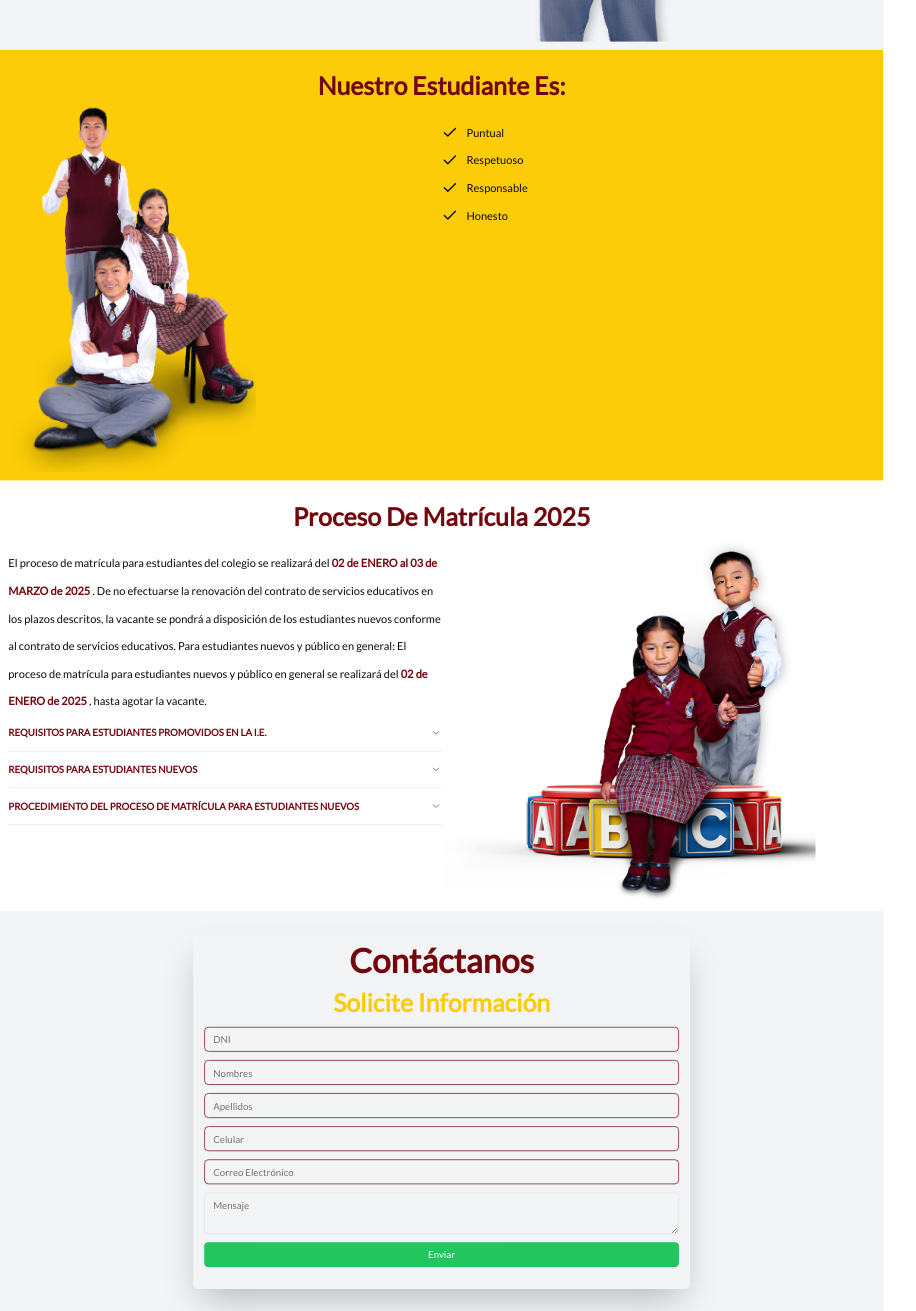
Repository: jefrydep/new_horizont_school
Page: /
These files come from the project's save history. The page is drawn as it stood at one moment and after the next save; the edit follows.
The browser window is 1280 px wide. The page is 1328 px wide, so the pictures cover 1328 px, including what lies to the right of the window. The pictures show the part of the page from y = 1964 to 3864 px (the page is 4794 px tall), at 69% of full size.
Pictures or frames that could not be fetched are drawn as grey boxes. The project was rebuilt for these pictures with package versions that can differ from the ones it lists, and the page was loaded fresh each time. The framework's server and built-in components were replaced by stand-ins that run in the browser. Also part of the build but not shown: next.config.ts.

Above is the page before, as saved 2024-11-28 20:54:11.

### src/app/layout.tsx
import type { Metadata } from "next";
import "./globals.css";
import Navbar from "@/components/Navbar";
import Footer from "@/components/Footer";


import { Lato } from 'next/font/google'

const lato = Lato({
  weight: '400',
  subsets: ['latin'],
  display: 'swap',
})

export const metadata: Metadata = {
  title: "COLEGIO INTERNACIONAL NUEVO HORIZONTE - JULIACA",
  description: "el mejor colegio de JULIACA,Colegio internacional nuevo horizonte",
};

export default function RootLayout({
  children,
}: Readonly<{
  children: React.ReactNode;
}>) {
  return (
    <html lang="es">

      <body
        className={` ${lato.className} antialiased `}
      >

        <div className="">
          <Navbar />
        </div>
        <main className="   ">

          {children}
          <div className="flex flex-col fixed  bottom-2     z-50   sm:top-1/2  gap-2">
            <a href="https://wa.me/+51999070701?text=Me%20gustar%C3%ADa%20recibir%20m%C3%A1s%20informaci%C3%B3n%20sobre%20el%20proceso%20de%20matr%C3%ADcula,%20requisitos%20y%20fechas%20importantes.%20Agradecer%C3%ADa%20su%20orientaci%C3%B3n%20para%20poder%20completar%20mi%20inscripci%C3%B3n%20de%20manera%20adecuada.%0A%0AQuedo%20atento%20a%20su%20respuesta.%0A%0ASaludos%20cordiales,%0A" target="_blank">
              {/* Solicitar información */}
              <img src="/whatsapp.png" alt="" className=" animate-bounce h-11  sm:h-16" />
            </a>

            <a href="https://www.tiktok.com/@colegionuevohorizonte" target="_blank">
              {/* Solicitar información */}
              <img src="/tik-tok.png" alt="" className=" animate-bounce h-11  sm:h-16 " />
            </a>
            <a href="https://www.facebook.com/internuevohorizonte  " target="_blank">
              {/* Solicitar información */}
              <img src="/facebook.png" alt="" className=" animate-bounce h-11  sm:h-16 " />
            </a>
            <a href="https://www.instagram.com/colegionuevohorizontejuliaca" target="_blank">
              {/* Solicitar información */}
              <img src="/instagram.png" alt="" className=" animate-bounce h-11  sm:h-16" />
            </a>
          </div>
        </main>
        <Footer />
      </body>
    </html>
  );
}

### src/app/page.tsx
import Form from "@/components/Form";
import Hero from "@/components/Hero";
import Location from "@/components/Location";
import PresentationCard from "@/components/PresentationCard";
import RegisterCard from "@/components/RegisterCard";
import StudentCard from "@/components/StudentCard";
import TrajectoryCard from "@/components/TrajectoryCard";

export default function Home() {
  return (
    <div className="">
      <Hero colorWave="#fff" title="¡Ya Iniciamos!" subtitle="ADMISION" year="2025" />
      <TrajectoryCard />
      <PresentationCard title="¡Bienvenidos Al Colegio!" subtitle="Nuevo Horizonte" />
      <StudentCard title="Nuestro Estudiante Es:" />
      <RegisterCard title="Proceso De Matrícula 2025" />
      <Form />
      <Location/>
    </div>
  );
}

### src/app/globals.css
@tailwind base;
@tailwind components;
@tailwind utilities;

body {
  font-family: Arial, Helvetica, sans-serif;
}

@layer base {
  :root {
    --background: 0 0% 100%;
    --foreground: 20 14.3% 4.1%;
    --card: 0 0% 100%;
    --card-foreground: 20 14.3% 4.1%;
    --popover: 0 0% 100%;
    --popover-foreground: 20 14.3% 4.1%;
    --primary: 24 9.8% 10%;
    --primary-foreground: 60 9.1% 97.8%;
    --secondary: 60 4.8% 95.9%;
    --secondary-foreground: 24 9.8% 10%;
    --muted: 60 4.8% 95.9%;
    --muted-foreground: 25 5.3% 44.7%;
    --accent: 60 4.8% 95.9%;
    --accent-foreground: 24 9.8% 10%;
    --destructive: 0 84.2% 60.2%;
    --destructive-foreground: 60 9.1% 97.8%;
    --border: 20 5.9% 90%;
    --input: 20 5.9% 90%;
    --ring: 20 14.3% 4.1%;
    --chart-1: 12 76% 61%;
    --chart-2: 173 58% 39%;
    --chart-3: 197 37% 24%;
    --chart-4: 43 74% 66%;
    --chart-5: 27 87% 67%;
    --radius: 0.5rem;
  }
  .dark {
    --background: 20 14.3% 4.1%;
    --foreground: 60 9.1% 97.8%;
    --card: 20 14.3% 4.1%;
    --card-foreground: 60 9.1% 97.8%;
    --popover: 20 14.3% 4.1%;
    --popover-foreground: 60 9.1% 97.8%;
    --primary: 60 9.1% 97.8%;
    --primary-foreground: 24 9.8% 10%;
    --secondary: 12 6.5% 15.1%;
    --secondary-foreground: 60 9.1% 97.8%;
    --muted: 12 6.5% 15.1%;
    --muted-foreground: 24 5.4% 63.9%;
    --accent: 12 6.5% 15.1%;
    --accent-foreground: 60 9.1% 97.8%;
    --destructive: 0 62.8% 30.6%;
    --destructive-foreground: 60 9.1% 97.8%;
    --border: 12 6.5% 15.1%;
    --input: 12 6.5% 15.1%;
    --ring: 24 5.7% 82.9%;
    --chart-1: 220 70% 50%;
    --chart-2: 160 60% 45%;
    --chart-3: 30 80% 55%;
    --chart-4: 280 65% 60%;
    --chart-5: 340 75% 55%;
  }
}

@layer base {
  * {
    @apply border-border;
  }
  body {
    @apply bg-background text-foreground;
  }
}
@keyframes slideDown {
  0% {
    transform: translateY(-20px);
    opacity: 0;
  }
  100% {
    transform: translateY(0);
    opacity: 1;
  }
}

.animate-slide-down {
  animation: slideDown 1s ease-out forwards;
}

/* Animación con retraso para un efecto de secuencia */
.animate-slide-down-delay-1 {
  animation: slideDown 1s ease-out forwards;
  animation-delay: 0.3s; /* Retraso para el primer texto */
}

.animate-slide-down-delay-2 {
  animation: slideDown 1s ease-out forwards;
  animation-delay: 0.6s; /* Retraso para el segundo texto */
}

### src/components/Location.tsx

export default function Location() {
    return (
        <div className='w-full container m-auto bg-red-400'>
            {/* <iframe src="https://www.google.com/maps/embed?pb=!1m18!1m12!1m3!1d3844.9316625787906!2d-70.12231792745375!3d-15.488107585110283!2m3!1f0!2f0!3f0!3m2!1i1024!2i768!4f13.1!3m3!1m2!1s0x9167f3956c2bda63%3A0x64c4524617e0482a!2sColegio%20Nuevo%20Horizonte!5e0!3m2!1ses-419!2spe!4v1731094832258!5m2!1ses-419!2spe" width="600" height="450" style="border:0;" allowfullscreen="" loading="lazy" referrerpolicy="no-referrer-when-downgrade"></iframe> */}
            <iframe src="https://www.google.com/maps/embed?pb=!1m18!1m12!1m3!1d3844.9316625787906!2d-70.12231792745375!3d-15.488107585110283!2m3!1f0!2f0!3f0!3m2!1i1024!2i768!4f13.1!3m3!1m2!1s0x9167f3956c2bda63%3A0x64c4524617e0482a!2sColegio%20Nuevo%20Horizonte!5e0!3m2!1ses-419!2spe!4v1731094832258!5m2!1ses-419!2spe" width="100%" height="450"   loading="lazy"  ></iframe>
        </div>
    )
}

### src/components/PresentationCard.tsx
import {
    Accordion,
    AccordionContent,
    AccordionItem,
    AccordionTrigger,
} from "@/components/ui/accordion"


interface Props {
    title: string;
    subtitle: string;

}

export default function PresentationCard({ title, subtitle }: Props) {
    return (
        <div className="bg-gray-100">

            <div className="container grid  grid-cols-1 sm:grid-cols-2 gap-10   m-auto p-3">
                <div className="  w-full ">
                    <h4 className="text-4xl mt-4">{title}</h4>
                    <h4 className="text-4xl font-bold text-title">{subtitle}</h4>
                    <div className="leading-10 text-base mt-4">

                        <p>
                            El talento y la inteligencia de nuestros estudiantes y la alta preparación de nuestros docentes nos han hecho merecedores de los primeros lugares en premios de talla local, nacional. Ahora vamos por más...
                            Rumbo a las Bodas de Plata.

                        </p>

                    </div>
                    <div>
                        <Accordion type="single" collapsible>

                            <AccordionItem value="item-1 "  >
                                <AccordionTrigger className="text-title font-bold ">NIVEL PRIMARIA </AccordionTrigger>
                                <AccordionContent className="text-base leading-8">
                                    ¡Excelencia y dedicación en la formación del estudiante!
                                    Preparamos a nuestros estudiantes para responder a las exigencias de un mundo globalizado.
                                </AccordionContent>
                            </AccordionItem>


                            <AccordionItem value="item-2 "  >
                                <AccordionTrigger className="text-title font-bold ">NIVEL SECUNDARIA </AccordionTrigger>
                                <AccordionContent className="text-base leading-8">
                                    ¡Calidad e innovación en una formación integral!
                                    Nuestra finalidad fundamental es consolidar a través de un trabajo especializado por áreas, un plan estructurado de las áreas curriculares que está enfocado en el desarrollo de competencias y proyectos científicos.
                                </AccordionContent>
                            </AccordionItem>
                        </Accordion>




                    </div>
                </div>
                <div>
                    <img src="/matricula.png" alt=""  className="sm:h-[35rem]"/>
                </div>


            </div>
        </div>
    )
}

### src/components/StudentCard.tsx
import { Check } from "lucide-react";
const student = [
    {
        id: 1,
        profile: "Puntual"
    },
    {
        id: 2,
        profile: "Respetuoso"
    },
    {
        id: 3,
        profile: "Responsable"
    },
    {
        id: 4,
        profile: "Honesto"
    },

]
interface Props {
    title: string;

}
export default function StudentCard({ title }: Props) {
    return (
        <div className="bg-[#fbcc07] pt-8">

            <h4 className="text-4xl  text-title text-center font-bold">{title}</h4>
            <div className="container grid  grid-cols-1 sm:grid-cols-2   m-auto p-3">
                <div>
                    <img src="/SECUNDARIA.png" alt="nivel primaria" className="h-[23rem] sm:h-[33rem]" />
                </div>
                <div className="  w-full ">
                    {/* <h4 className="text-4xl">{subtitle}</h4> */}
                    <div className="leading-10 text-base mt-4">
                        {student.map(student => (



                            <span key={student.id} className="flex   items-center">
                                <Check />
                                <p className="ml-3">
                                    {student.profile}
                                </p>
                            </span>
                        ))}

                    </div>

                </div>


            </div>
        </div>
    )
}

### src/components/TrajectoryCard.tsx
import { GraduationCapIcon, School, TrophyIcon } from "lucide-react";

// interface Props {
//     title: string;
//     subtitle: string
// }
export default function TrajectoryCard() {
    return (
        <div className="bg-backgroundGray w-full  mt-10 shadow">

            <div className="container m-auto py-14"  >
                <div className="flex    flex-col items-center gap-4 justify-center ">
                    <h2 className="text-5xl text-center mt-5">Nuestra Trayectoria</h2>
                    <p className="text-lg px-4">
                        Desde 1995, cientos de alumnos y alumnas han sido formados con éxito
                        con un modelo educativo que ha permitido la consecución del pleno desarrollo su personalidad.
                    </p>
                </div>
                <div>
                    <div className="flex flex-col gap-10 sm:flex-row justify-between mt-16 px-2 py-2">
                        <div className="  flex gap-8  items-center  ">
                            <div>
                                <School size={70} color="#1c1c1c" className="" />
                            </div>
                            <div>
                                <span className="text-6xl text-[#73060c]">+10</span>
                                <h3 className="text-4xl">Años De Experiencia</h3>
                            </div>
                        </div>
                        <div className="  flex gap-8  items-center  ">
                            <div>
                                <TrophyIcon size={70}color="#1c1c1c" className="" />
                            </div>
                            <div>
                                <span className="text-6xl  text-[#73060c]">5</span>
                                <h3 className="text-4xl">Premios nacionales</h3>
                            </div>
                        </div>
                        <div className="  flex gap-8  items-center  ">
                            <div>
                                <TrophyIcon size={70} color="#1c1c1c" className="" />
                            </div>
                            <div>
                                <span className="text-6xl text-[#73060c]">+5</span>
                                <h3 className="text-4xl">Premios nacionales</h3>
                            </div>
                        </div>
                        <div className="  flex gap-8  items-center  ">
                            <div>
                                <GraduationCapIcon size={70}color="#1c1c1c" className="" />
                            </div>
                            <div>
                                <span className="text-6xl text-[#73060c]">+1150</span>
                                <h3 className="text-4xl">Estudiantes Egresados</h3>
                            </div>
                        </div>

                    </div>

                </div>

            </div>
        </div>
    )
}

### src/components/ui/button.tsx
import * as React from "react"
import { Slot } from "@radix-ui/react-slot"
import { cva, type VariantProps } from "class-variance-authority"

import { cn } from "@/lib/utils"

const buttonVariants = cva(
  "inline-flex items-center justify-center gap-2 whitespace-nowrap rounded-md text-sm font-medium transition-colors focus-visible:outline-none focus-visible:ring-1 focus-visible:ring-ring disabled:pointer-events-none disabled:opacity-50 [&_svg]:pointer-events-none [&_svg]:size-4 [&_svg]:shrink-0",
  {
    variants: {
      variant: {
        default:
          "bg-primary text-primary-foreground shadow hover:bg-primary/90",
        destructive:
          "bg-destructive text-destructive-foreground shadow-sm hover:bg-destructive/90",
        outline:
          "border border-input bg-background shadow-sm hover:bg-accent hover:text-accent-foreground",
        secondary:
          "bg-secondary text-secondary-foreground shadow-sm hover:bg-secondary/80",
        ghost: "hover:bg-accent hover:text-accent-foreground",
        link: "text-primary underline-offset-4 hover:underline",
      },
      size: {
        default: "h-9 px-4 py-2",
        sm: "h-8 rounded-md px-3 text-xs",
        lg: "h-10 rounded-md px-8",
        icon: "h-9 w-9",
      },
    },
    defaultVariants: {
      variant: "default",
      size: "default",
    },
  }
)

export interface ButtonProps
  extends React.ButtonHTMLAttributes<HTMLButtonElement>,
    VariantProps<typeof buttonVariants> {
  asChild?: boolean
}

const Button = React.forwardRef<HTMLButtonElement, ButtonProps>(
  ({ className, variant, size, asChild = false, ...props }, ref) => {
    const Comp = asChild ? Slot : "button"
    return (
      <Comp
        className={cn(buttonVariants({ variant, size, className }))}
        ref={ref}
        {...props}
      />
    )
  }
)
Button.displayName = "Button"

export { Button, buttonVariants }

### src/components/ui/input.tsx
import * as React from "react"

import { cn } from "@/lib/utils"

const Input = React.forwardRef<HTMLInputElement, React.ComponentProps<"input">>(
  ({ className, type, ...props }, ref) => {
    return (
      <input
        type={type}
        className={cn(
          "flex h-9 w-full rounded-md border  border-title bg-transparent  px-3 py-1 text-base shadow-sm transition-colors file:border-0 file:bg-transparent file:text-sm file:font-medium file:text-foreground placeholder:text-muted-foreground focus-visible:outline-none focus-visible:ring-1 focus-visible:ring-ring disabled:cursor-not-allowed disabled:opacity-50 md:text-sm",
          className
        )}
        ref={ref}
        {...props}
      />
    )
  }
)
Input.displayName = "Input"

export { Input }

### src/components/ui/accordion.tsx
"use client"

import * as React from "react"
import * as AccordionPrimitive from "@radix-ui/react-accordion"
import { ChevronDown } from "lucide-react"

import { cn } from "@/lib/utils"

const Accordion = AccordionPrimitive.Root

const AccordionItem = React.forwardRef<
  React.ElementRef<typeof AccordionPrimitive.Item>,
  React.ComponentPropsWithoutRef<typeof AccordionPrimitive.Item>
>(({ className, ...props }, ref) => (
  <AccordionPrimitive.Item
    ref={ref}
    className={cn("border-b", className)}
    {...props}
  />
))
AccordionItem.displayName = "AccordionItem"

const AccordionTrigger = React.forwardRef<
  React.ElementRef<typeof AccordionPrimitive.Trigger>,
  React.ComponentPropsWithoutRef<typeof AccordionPrimitive.Trigger>
>(({ className, children, ...props }, ref) => (
  <AccordionPrimitive.Header className="flex">
    <AccordionPrimitive.Trigger
      ref={ref}
      className={cn(
        "flex flex-1 items-center justify-between py-4 text-sm font-medium transition-all hover:underline text-left [&[data-state=open]>svg]:rotate-180",
        className
      )}
      {...props}
    >
      {children}
      <ChevronDown className="h-4 w-4 shrink-0 text-muted-foreground transition-transform duration-200" />
    </AccordionPrimitive.Trigger>
  </AccordionPrimitive.Header>
))
AccordionTrigger.displayName = AccordionPrimitive.Trigger.displayName

const AccordionContent = React.forwardRef<
  React.ElementRef<typeof AccordionPrimitive.Content>,
  React.ComponentPropsWithoutRef<typeof AccordionPrimitive.Content>
>(({ className, children, ...props }, ref) => (
  <AccordionPrimitive.Content
    ref={ref}
    className="overflow-hidden text-sm data-[state=closed]:animate-accordion-up data-[state=open]:animate-accordion-down"
    {...props}
  >
    <div className={cn("pb-4 pt-0", className)}>{children}</div>
  </AccordionPrimitive.Content>
))
AccordionContent.displayName = AccordionPrimitive.Content.displayName

export { Accordion, AccordionItem, AccordionTrigger, AccordionContent }

### tailwind.config.ts
import type { Config } from "tailwindcss";

export default {
	darkMode: ["class"],
	content: [
		"./src/pages/**/*.{js,ts,jsx,tsx,mdx}",
		"./src/components/**/*.{js,ts,jsx,tsx,mdx}",
		"./src/app/**/*.{js,ts,jsx,tsx,mdx}",
	],
	theme: {
    	extend: {
    		colors: {
    			background: 'hsl(var(--background))',
    			foreground: 'hsl(var(--foreground))',
    			card: {
    				DEFAULT: 'hsl(var(--card))',
    				foreground: 'hsl(var(--card-foreground))'
    			},
    			popover: {
    				DEFAULT: 'hsl(var(--popover))',
    				foreground: 'hsl(var(--popover-foreground))'
    			},
    			primary: {
    				DEFAULT: '#4c628a'
    			},
    			secondary: {
    				DEFAULT: '#1c1c1c'
    			},
    			backgroundGray: {
    				DEFAULT: '#d1d1d1'
    			},
				title:{
					DEFAULT:"#73060C"
				},
				subtitle:{
					DEFAULT:"#fbcc07"
				},
    			muted: {
    				DEFAULT: 'hsl(var(--muted))',
    				foreground: 'hsl(var(--muted-foreground))'
    			},
    			accent: {
    				DEFAULT: 'hsl(var(--accent))',
    				foreground: 'hsl(var(--accent-foreground))'
    			},
    			destructive: {
    				DEFAULT: 'hsl(var(--destructive))',
    				foreground: 'hsl(var(--destructive-foreground))'
    			},
    			border: 'hsl(var(--border))',
    			input: 'hsl(var(--input))',
    			ring: 'hsl(var(--ring))',
    			chart: {
    				'1': 'hsl(var(--chart-1))',
    				'2': 'hsl(var(--chart-2))',
    				'3': 'hsl(var(--chart-3))',
    				'4': 'hsl(var(--chart-4))',
    				'5': 'hsl(var(--chart-5))'
    			}
    		},
    		borderRadius: {
    			lg: 'var(--radius)',
    			md: 'calc(var(--radius) - 2px)',
    			sm: 'calc(var(--radius) - 4px)'
    		},
    		keyframes: {
    			'accordion-down': {
    				from: {
    					height: '0'
    				},
    				to: {
    					height: 'var(--radix-accordion-content-height)'
    				}
    			},
    			'accordion-up': {
    				from: {
    					height: 'var(--radix-accordion-content-height)'
    				},
    				to: {
    					height: '0'
    				}
    			}
    		},
    		animation: {
    			'accordion-down': 'accordion-down 0.2s ease-out',
    			'accordion-up': 'accordion-up 0.2s ease-out'
    		}
    	}
    },
	plugins: [require("tailwindcss-animate")],
} satisfies Config;

Loaded but not shown: src/components/ui/textarea.tsx (common file); src/lib/utils.ts (common file); src/app/data/data.ts (459 lines, source omitted); src/components/Navbar.tsx (273 lines, source omitted); src/components/RegisterCard.tsx (178 lines, source omitted); src/components/ui/carousel.tsx (262 lines, source omitted); src/components/Hero.tsx (158 lines, source omitted); src/components/ui/navigation-menu.tsx (128 lines, source omitted); src/components/Form.tsx (155 lines, source omitted); src/components/ui/sheet.tsx (140 lines, source omitted); src/components/Footer.tsx (97 lines, source omitted)

After the next save:
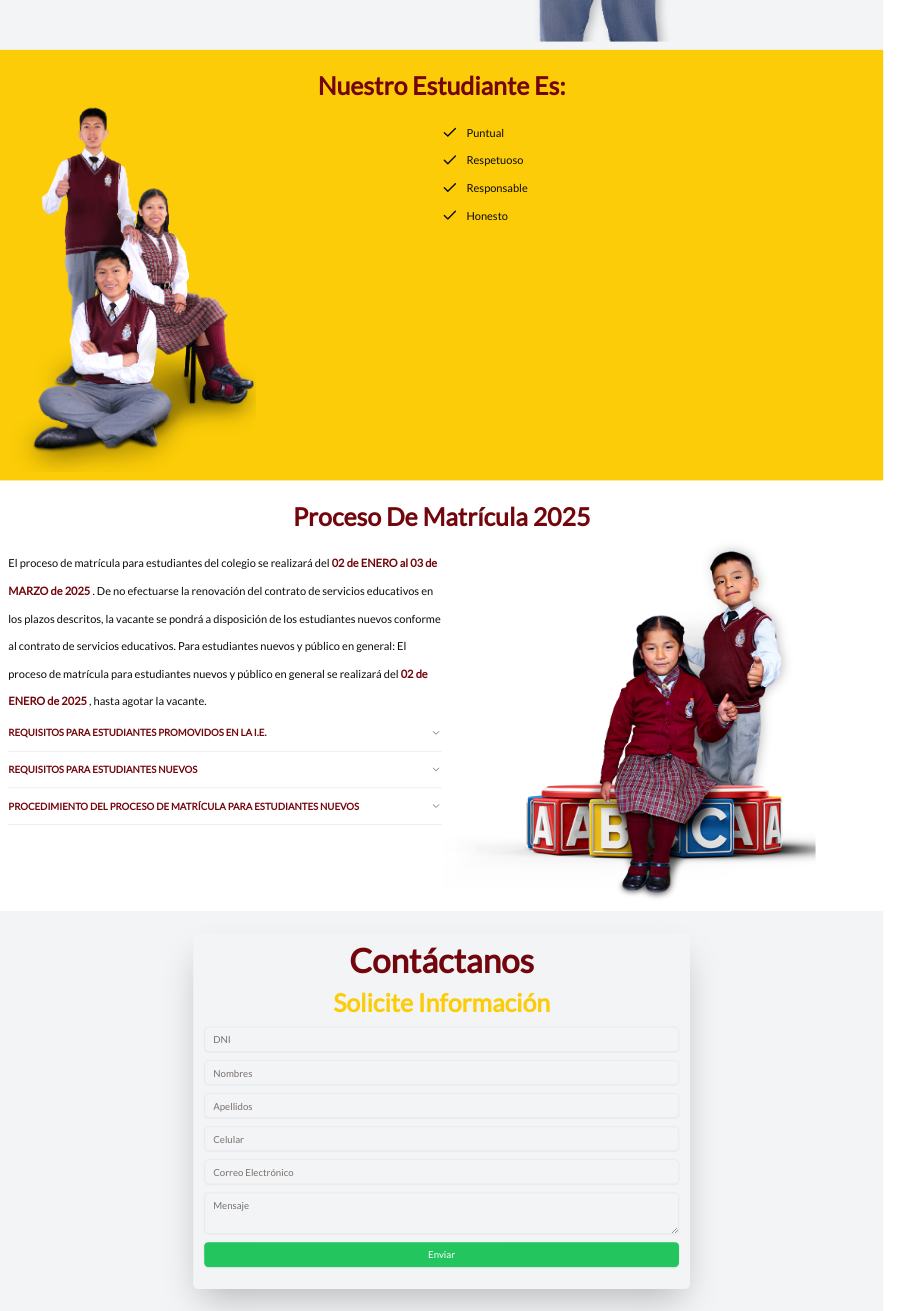
Saved 52 s later.
--- a/src/components/ui/input.tsx
+++ b/src/components/ui/input.tsx
@@ -8,7 +8,7 @@ const Input = React.forwardRef<HTMLInputElement, React.ComponentProps<"input">>(
       <input
         type={type}
         className={cn(
-          "flex h-9 w-full rounded-md border  border-title bg-transparent  px-3 py-1 text-base shadow-sm transition-colors file:border-0 file:bg-transparent file:text-sm file:font-medium file:text-foreground placeholder:text-muted-foreground focus-visible:outline-none focus-visible:ring-1 focus-visible:ring-ring disabled:cursor-not-allowed disabled:opacity-50 md:text-sm",
+          "flex h-9 w-full rounded-md border  border-gray-200 bg-transparent  px-3 py-1 text-base shadow-sm transition-colors file:border-0 file:bg-transparent file:text-sm file:font-medium file:text-foreground placeholder:text-muted-foreground focus-visible:outline-none focus-visible:ring-1 focus-visible:ring-ring disabled:cursor-not-allowed disabled:opacity-50 md:text-sm",
           className
         )}
         ref={ref}
